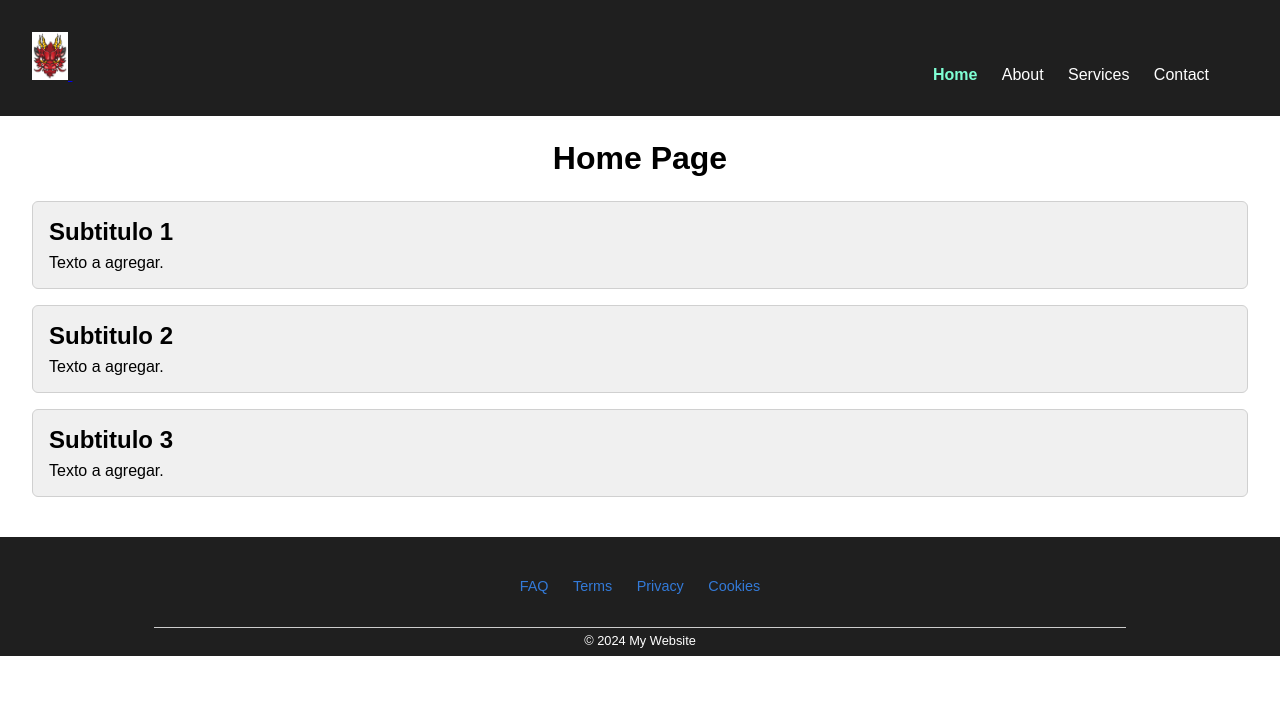
Repository: andreamm-lab/basic-navigation-example-2025-10
Page: index.html
These files come from the project's save history. The page is drawn as it stood at one moment and after the next save; the edit follows.
The browser window is 1280 px wide. The pictures show the whole page.

Above is the page before, as saved 2025-11-06 15:46:20.

After the next save:
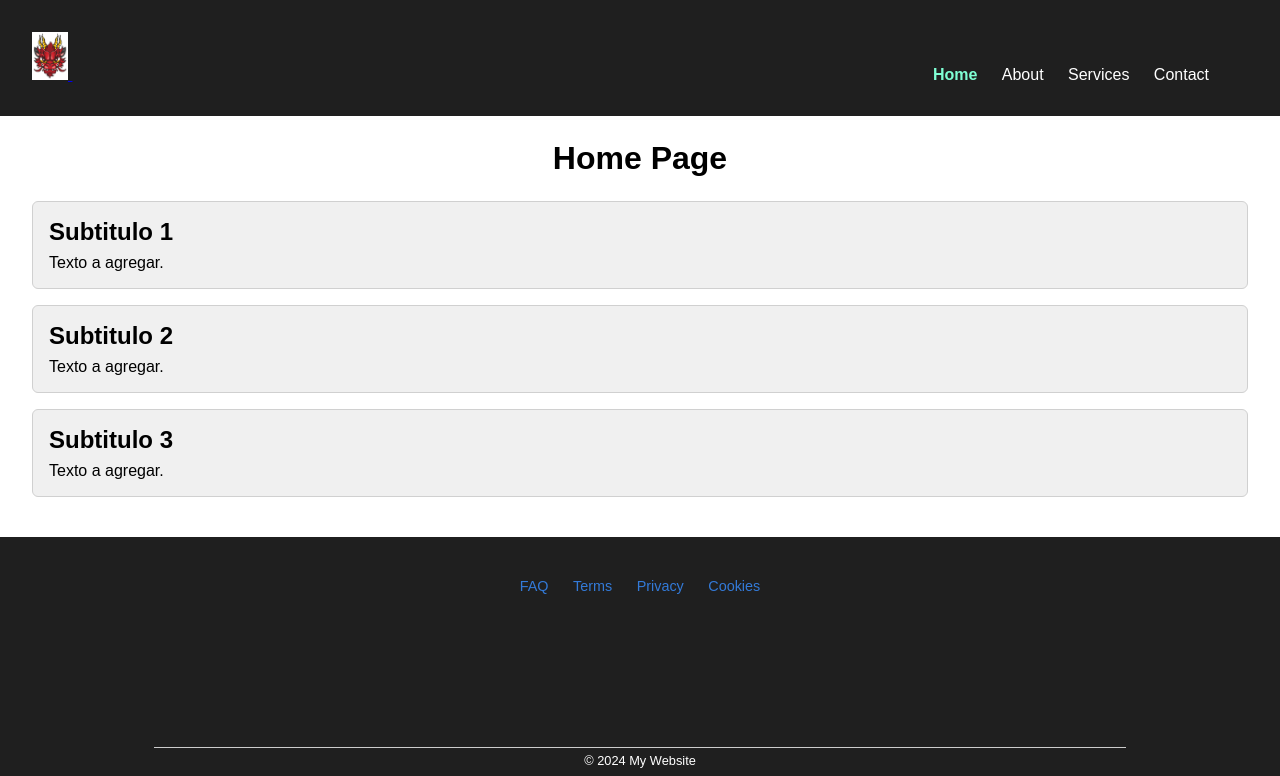
Saved 13 s later.
--- a/main.css
+++ b/main.css
@@ -145,7 +145,7 @@ main {
 #main-footer nav ul {
     display: inline-block;
     list-style: none;
-    margin-bottom: 0px;
+    margin-bottom: 120px;
 }
 
 #main-footer nav ul li {
